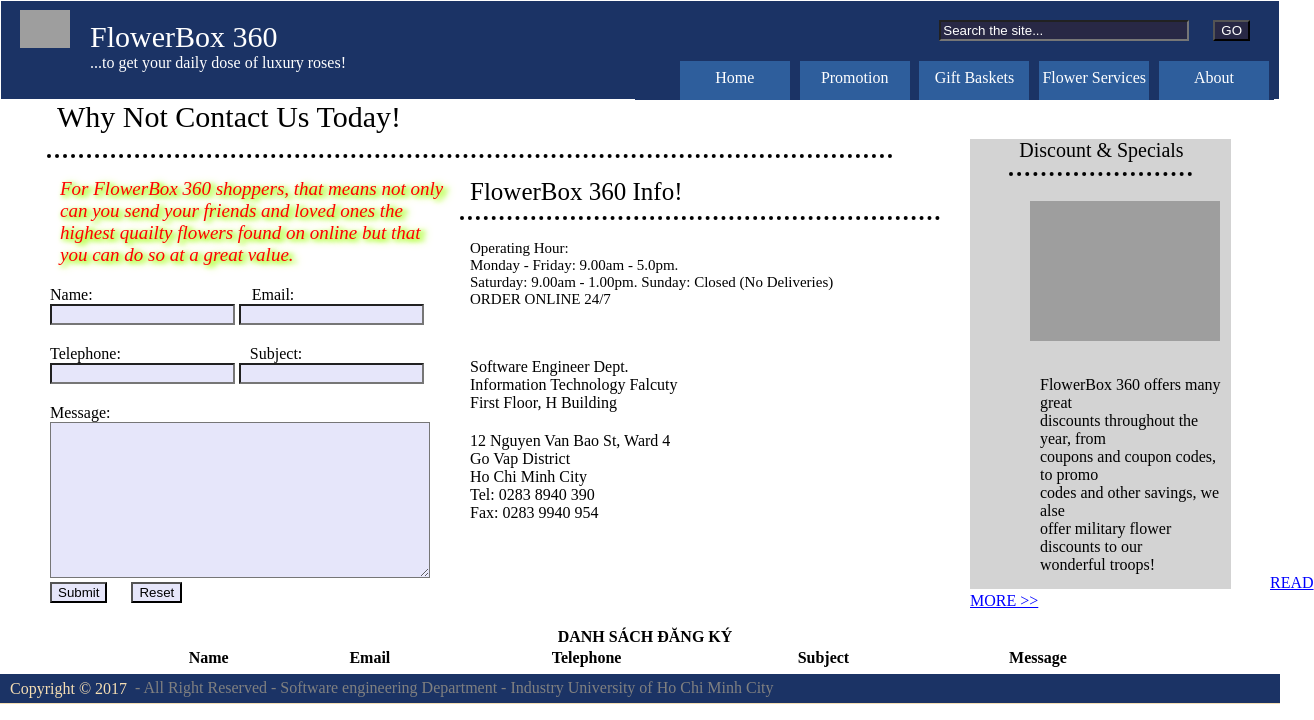
Repository: G1tHub-zer0/BTTH
Page: KT/index.html
These files come from the project's save history. The page is drawn as it stood at one moment and after the next save; the edit follows.
The browser window is 1280 px wide. The page is 1314 px wide, so the pictures cover 1314 px, including what lies to the right of the window. The pictures show the whole page.
Pictures or frames that could not be fetched are drawn as grey boxes.

Above is the page before, as saved 2024-04-12 14:22:38.

After the next save:
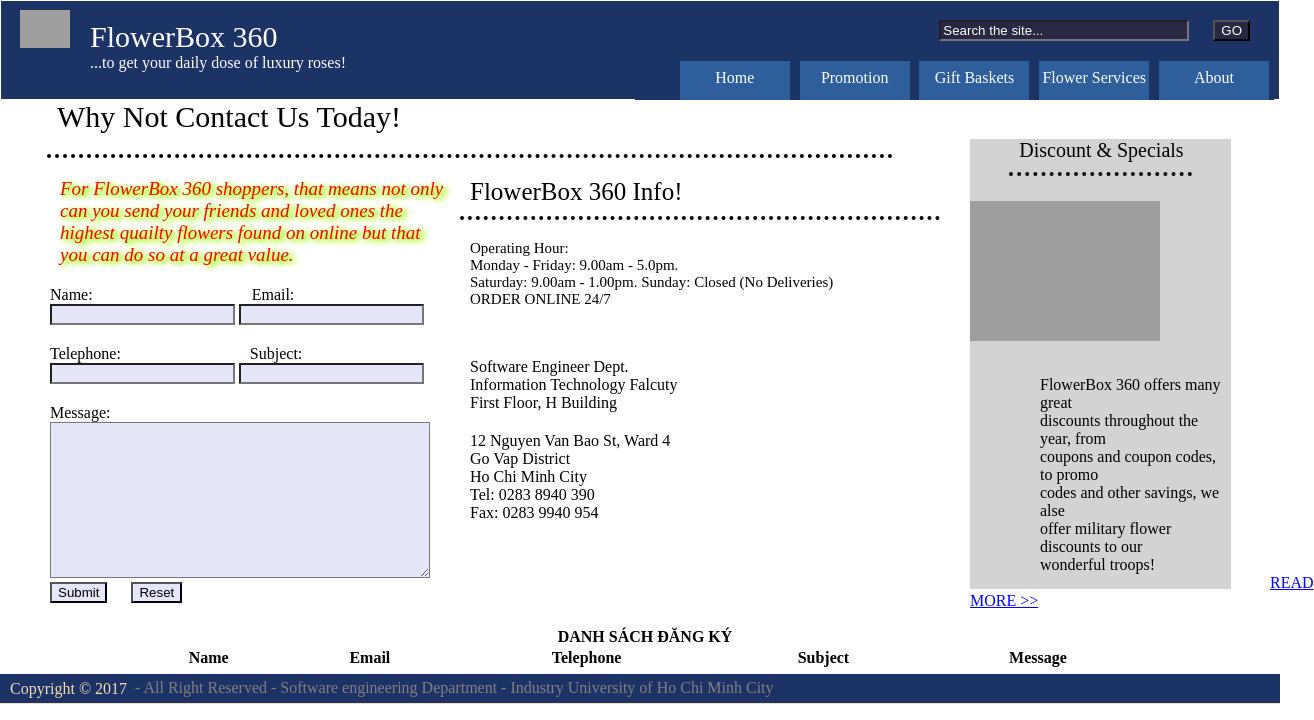
Saved 8 s later.
--- a/KT/app.css
+++ b/KT/app.css
@@ -181,7 +181,7 @@ section .image {
   width: 320px;
   height: 150px;
   margin-top: 20px;
-  text-align: center;
+  /* text-align: center; */
 }
 section .image img {
   width: 200px;
